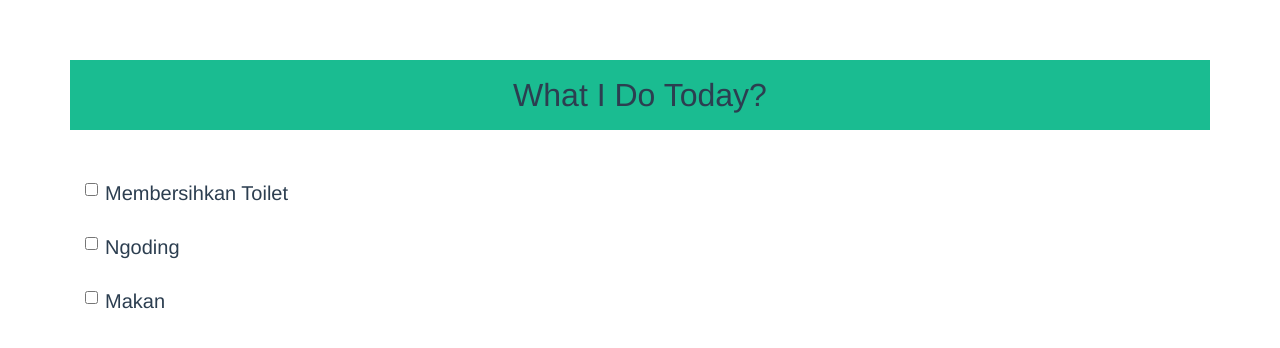
Repository: AdiPrimanto/praxis-academy
Page: / (app in novice/03-05/todolist/)
These files come from the project's save history. The page is drawn as it stood at one moment and after a run of saves; the edit follows.
The browser window is 1280 px wide. The pictures show the whole page.
The project was rebuilt for these pictures with package versions that can differ from the ones it lists, and the page was loaded fresh each time.

Above is the page before, as saved 2019-11-29 15:06:42.

After the next 2 saves:
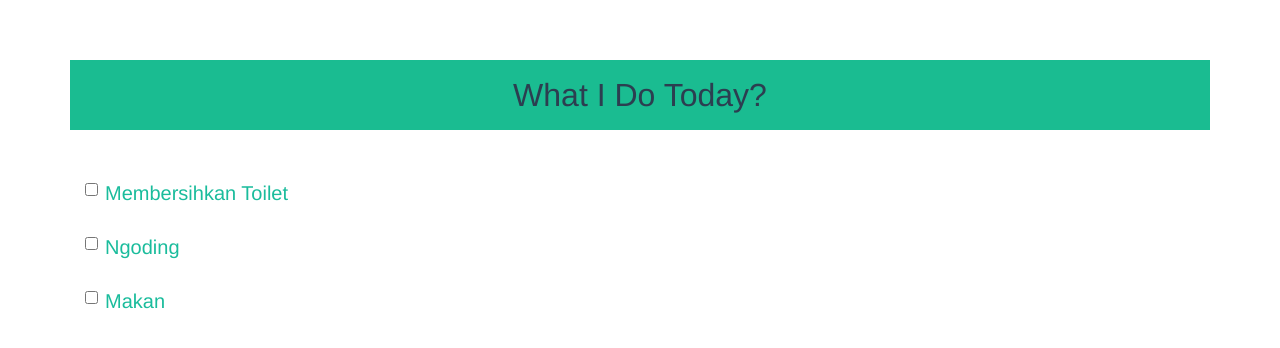
The 2 saves are shown as one change because they came seconds apart.
The last was saved 11 s later.
--- a/novice/03-05/todolist/src/App.vue
+++ b/novice/03-05/todolist/src/App.vue
@@ -13,7 +13,7 @@
               <div v-for="tugasSaya in tugas" v-bind:key="tugasSaya.id" class="mb-4 tugas col-lg-12 text-left">
                 <div class="form-check">
                   <input class="form-check-input" onclick="" type="checkbox" value="" id="defaultCheck1">
-                  <label class="form-check-label item" for="defaultCheck1">
+                  <label class="form-check-label item item-completed" for="defaultCheck1">
                     {{tugasSaya.nama}}
                   </label>
                 </div>

After the save that followed:
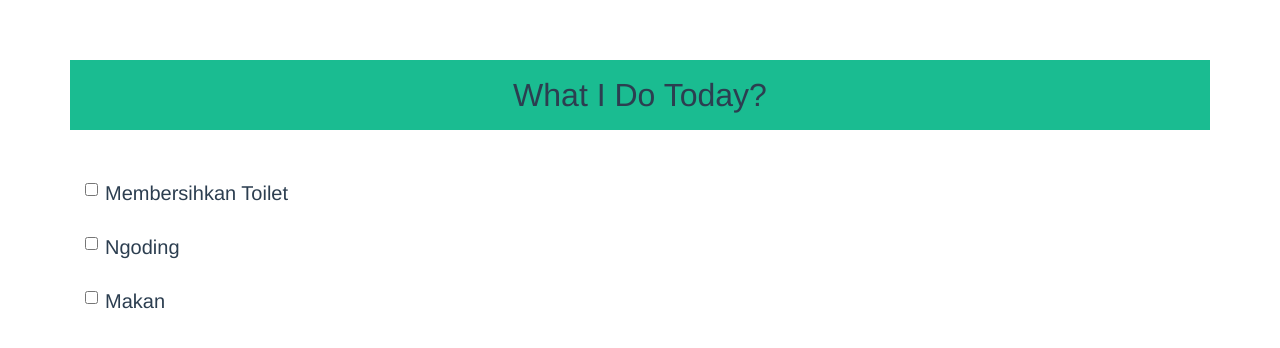
Saved 24 s later.
--- a/novice/03-05/todolist/src/App.vue
+++ b/novice/03-05/todolist/src/App.vue
@@ -13,7 +13,7 @@
               <div v-for="tugasSaya in tugas" v-bind:key="tugasSaya.id" class="mb-4 tugas col-lg-12 text-left">
                 <div class="form-check">
                   <input class="form-check-input" onclick="" type="checkbox" value="" id="defaultCheck1">
-                  <label class="form-check-label item item-completed" for="defaultCheck1">
+                  <label class="form-check-label item v-bind" for="defaultCheck1">
                     {{tugasSaya.nama}}
                   </label>
                 </div>
